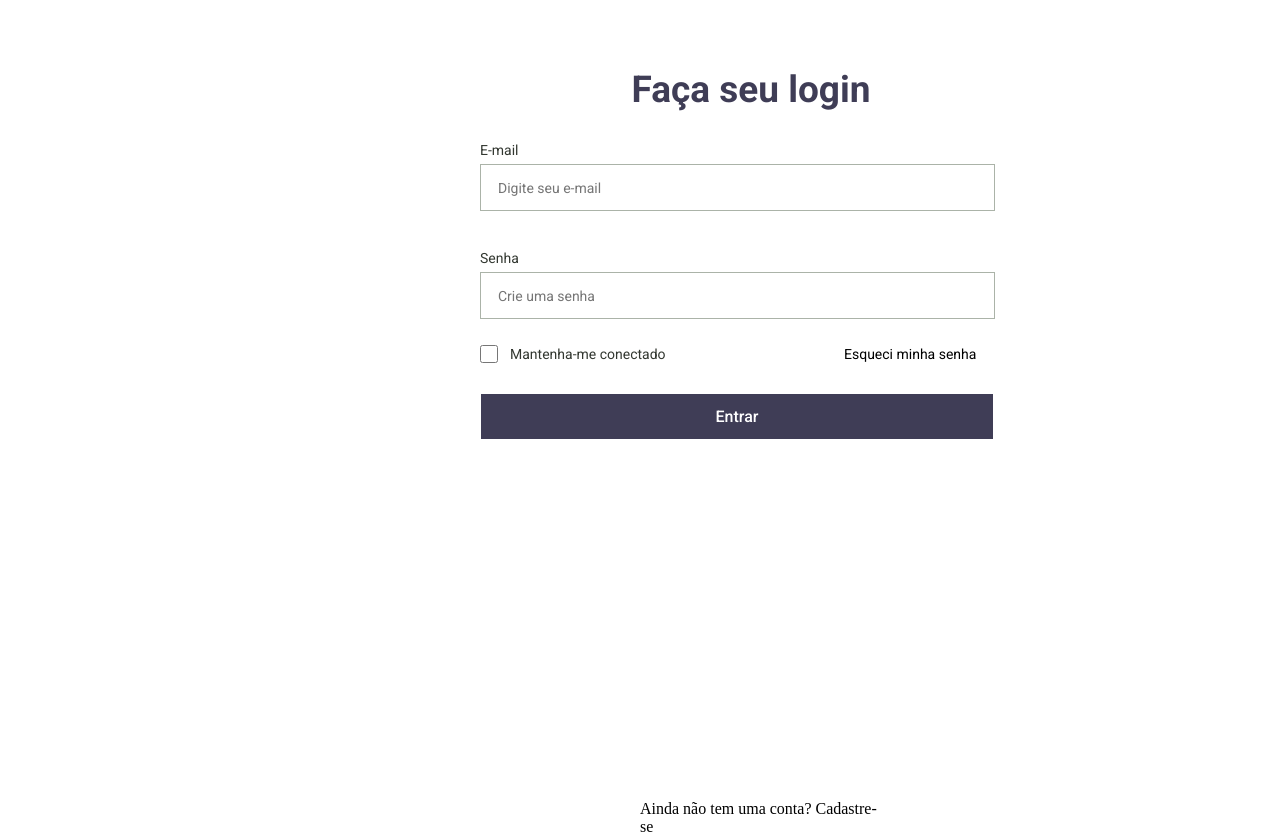
Repository: RenatoCCS/formularios
Page: login.html
The author's editor kept a copy of each file at every save. The page is drawn from the files as they stood at one save, then again after the next save.
The browser window is 1280 px wide. The pictures show the whole page.

Above is the page before, as saved 2023-03-27 15:13:29.

### login.html
<!DOCTYPE html>
<html lang="pt-br">
  <head>
    <meta charset="UTF-8" />
    <meta http-equiv="X-UA-Compatible" content="IE=edge" />
    <meta name="viewport" content="width=device-width, initial-scale=1.0" />
    <link rel="stylesheet" href="style.css" />
    <title>Faça seu login</title>
  </head>
  <body class="container">
    <form action="" class="form__Login">
      <div></div>
      <h1 class="form__Login__Titulo">Faça seu login</h1>
    </div>

    <div class="email__Login">
      <label class="email__Login__Titulo" for="email">E-mail</label>
      <br />
      <input
      class="email__Login__Campo"
        id="email"
        type="email"
        name="email"
        placeholder="Digite seu e-mail"
      />
    </div>
      <br /><br />

      <div class="senha__Login">
      <label class="senha__Login__Titulo"  for="password">Senha</label>
      <br />
      <input
      class="senha__Login__Campo"
        id="password"
        type="password"
        name="senha"
        placeholder="Crie uma senha"/>
    </div>
      <br /><br />

      <div class="conectado__Login">
      <input class="conectado__Login__Botao" type="checkbox" name="manter__conectado" id="conected" />
      <label class="conectado__Login__Texto" for="conected">Mantenha-me conectado</label>


      <label class="conectado__Login__Senha" for="conected">Esqueci minha senha</label><br /><br />
    </div>

    <div class="botao__Login">
      <button class="botao__Entrar__Login" type="submit">Entrar</button>
    </div>
      <br /><br />

      <div class="semConta__Login">
      <p class="semConta__Login____Frase">Ainda não tem uma conta? Cadastre-se</p>
    </div>

    </form>
  </body>
</html>

### style.css
@import url('https://fonts.googleapis.com/css2?family= Roboto :wght@400;500;700 & display=swap');

* {
  margin: 0;
  padding: 0;
}

:root {
  --primeira-cor: #3f3d56;
  --segunda-cor: #323730;
  --terceira-cor: #abb3a8;
  --quarta-cor: #ffffff;
  --quinta-cor: #3f3f40;
  --sexta-cor: #da2a41;

  --fonte-primaria: 'Roboto', sans-serif;
}

.container {
  display: flex;
  justify-content: center;
}

.form__Cadastro__Titulo {
  position: absolute;
  width: 302px;
  height: 43px;
  left: 569px;
  top: 68px;
  color: var(--primeira-cor);
  font-family: var(--fonte-primaria);
  font-style: normal;
  font-weight: 700;
  font-size: 17px; /*o indicado é 37px, mas se manter quebra a linha*/
  line-height: 43px;
  text-align: center;
}

.nome__Cadastro {
  position: absolute;
  width: 396px;
  height: 69px;
  top: 139px;
  left: 522px;
}

.nome__Cadastro__Nomecompleto {
  position: absolute;
  width: 100px;
  height: 24px;
  top: -6px;
  left: 0px;
  color: var(--segunda-cor);
  font-family: var(--fonte-primaria);
  font-style: normal;
  font-weight: 400;
  font-size: 14px;
  line-height: 24px;
}

.nome__Cadastro__Campo {
  position: absolute;
  width: 163px;
  height: 24px;
  top: 34px;
  left: 14px;
  color: var(--terceira-cor);
  font-family: var(--fonte-primaria);
  font-style: normal;
  font-weight: 400;
  font-size: 14px;
  line-height: 24px;
  padding: 12px 219px 11px 14px;
}

.nome__Cadastro__Campo {
  box-sizing: border-box;
  border: 1px solid;
  position: absolute;
  width: 396px;
  height: 47px;
  top: 22px;
  left: 0%;
  right: 0%;
  top: 31.88%;
  bottom: 0%;
  color: var(--terceira-cor);
  background-color: var(--quarta-cor);
}

.data__Cadastro {
  position: absolute;
  width: 170px;
  height: 74px;
  left: 522px;
  top: 232px;
}

.data__Cadastro__Nascimento {
  position: absolute;
  width: 127px;
  height: 18px;
  top: -2px;
  left: 0px;
  color: var(--quinta-cor);
  font-family: var(--fonte-primaria);
  font-style: normal;
  font-weight: 400;
  font-size: 14px;
  line-height: 24px;
  display: flex;
  align-items: center;
}

.data__Cadastro__Calendario {
  position: absolute;
  width: 83px;
  height: 24px;
  top: 12px;
  left: 14px;
  color: var(--terceira-cor);
  font-family: var(--fonte-primaria);
  font-style: normal;
  font-weight: 400;
  font-size: 14px;
  line-height: 24px;
  display: flex;
  align-items: center;
  padding: 12px 0px 11px 14px;
}

.data__Cadastro__Calendario {
  box-sizing: border-box;
  border: 1px solid;
  position: absolute;
  width: 170px;
  height: 47px;
  top: 22px;
  left: 0%;
  right: 0%;
  top: 31.88%;
  bottom: 0%;
  color: var(--terceira-cor);
  background-color: var(--quarta-cor);
}

.pais__Cadastro {
  position: absolute;
  width: 208px;
  height: 69px;
  top: 230px;
  left: 710px;
}

.pais__Cadastro__Pais {
  position: absolute;
  width: 34px;
  height: 15px;
  top: -2px;
  left: 0px;
  color: var(--segunda-cor);
  font-family: var(--fonte-primaria);
  font-style: normal;
  font-weight: 400;
  font-size: 14px;
  line-height: 24px;
}

.pais__Cadastro__Vermelho {
  position: absolute;
  width: 34px;
  height: 15px;
  top: -2px;
  left: 30px;
  color: var(--sexta-cor);
  font-family: var(--fonte-primaria);
  font-style: normal;
  font-weight: 400;
  font-size: 14px;
  line-height: 24px;
}

.pais__Cadastro__Campo {
  position: absolute;
  width: 66px;
  height: 24px;
  top: 34px;
  left: 14px;
  color: var(--terceira-cor);
  font-family: var(--fonte-primaria);
  font-style: normal;
  font-weight: 400;
  font-size: 14px;
  line-height: 24px;
  padding: 12px 11px 14px;
}

.pais__Cadastro__Campo {
  box-sizing: border-box;
  border: 1px solid;
  position: absolute;
  width: 208px;
  height: 47px;
  top: 24px;
  left: 0%;
  right: 0%;
  top: 31, 88%;
  bottom: 0%;
  color: var(--terceira-cor);
  background-color: var(--quarta-cor);
}

.pais__Cadastro__Campo option {
  position: absolute;
  color: var(--segunda-cor);
  font-family: var(--fonte-primaria);
  font-style: normal;
  font-weight: 400;
  font-size: 14px;
  line-height: 16px;
}

.pais__Cadastro__Seta {
  position: absolute;
  width: 12px;
  height: 6px;
  top: 45px;
  left: 193px;
}

.genero__Cadastro {
  position: absolute;
  width: 386px;
  height: 50px;
  top: 328px;
  left: 522px;
}

.genero__Cadastro__Titulo {
  position: absolute;
  width: 49px;
  height: 24px;
  top: -2px;
  left: 0px;
  color: var(--segunda-cor);
  font-family: var(--fonte-primaria);
  font-style: normal;
  font-weight: 400;
  font-size: 14px;
  line-height: 24px;
}

.genero__Cadastro__Botao1 {
  position: absolute;
  box-sizing: border-box;
  width: 18px;
  height: 18px;
  top: 32px;
  left: 0px;
}

.genero__Cadastro__Feminino {
  position: absolute;
  width: 58px;
  height: 16px;
  top: 32px;
  left: 24px;
  color: var(--segunda-cor);
  font-family: var(--fonte-primaria);
  font-style: normal;
  font-weight: 400;
  font-size: 14px;
  line-height: 16px;
}

.genero__Cadastro__Botao2 {
  position: absolute;
  box-sizing: border-box;
  width: 18px;
  height: 18px;
  top: 32px;
  left: 137px;
}

.genero__Cadastro__Masculino {
  position: absolute;
  width: 65px;
  height: 16px;
  top: 32px;
  left: 161px;
  color: var(--segunda-cor);
  font-family: var(--fonte-primaria);
  font-style: normal;
  font-weight: 400;
  font-size: 14px;
  line-height: 16px;
}

.genero__Cadastro__Botao3 {
  position: absolute;
  box-sizing: border-box;
  width: 18px;
  height: 18px;
  top: 32px;
  left: 282px;
}

.genero__Cadastro__Naodeclarar {
  position: absolute;
  width: 81px;
  height: 16px;
  top: 32px;
  left: 306px;
  color: var(--segunda-cor);
  font-family: var(--fonte-primaria);
  font-style: normal;
  font-weight: 400;
  font-size: 14px;
  line-height: 16px;
}

.email__Cadastro {
  position: absolute;
  width: 396px;
  height: 69px;
  top: 406px;
  left: 522px;
}

.email__Cadastro__Titulo {
  position: absolute;
  width: 40px;
  height: 24px;
  top: -4px;
  left: 0px;
  color: var(--segunda-cor);
  font-family: var(--fonte-primaria);
  font-style: normal;
  font-weight: 400;
  font-size: 14px;
  line-height: 24px;
}

.email__Cadastro__Campo {
  position: absolute;
  width: 104px;
  height: 24px;
  top: 34px;
  left: 14px;
  color: var(--terceira-cor);
  font-family: var(--fonte-primaria);
  font-style: normal;
  font-weight: 400;
  font-size: 14px;
  line-height: 24px;
  padding: 12px 270px 11px 14px;
}

.email__Cadastro__Campo {
  box-sizing: border-box;
  border: 1px solid;
  position: absolute;
  width: 396px;
  height: 47px;
  top: 22px;
  left: 0%;
  right: 0%;
  top: 31.88%;
  bottom: 0%;
  color: var(--terceira-cor);
  background-color: var(--quarta-cor);
}

.senha__Cadastro {
  position: absolute;
  width: 396px;
  height: 75px;
  top: 497px;
  left: 522px;
}

.senha__Cadastro__Titulo {
  position: absolute;
  width: 39px;
  height: 24px;
  top: -4px;
  left: 0px;
  color: var(--segunda-cor);
  font-family: var(--fonte-primaria);
  font-style: normal;
  font-weight: 400;
  font-size: 14px;
  line-height: 24px;
}

.senha__Cadastro__Campo {
  position: absolute;
  width: 97px;
  height: 24px;
  top: 34px;
  left: 14px;
  color: var(--terceira-cor);
  font-family: var(--fonte-primaria);
  font-style: normal;
  font-weight: 400;
  font-size: 14px;
  line-height: 24px;
  padding: 12px 278px 11px 14px;
}

.senha__Cadastro__Campo {
  box-sizing: border-box;
  border: 1px solid;
  position: absolute;
  width: 396px;
  height: 47px;
  top: 22px;
  left: 0%;
  right: 0%;
  top: 31.88%;
  bottom: 0%;
  color: var(--terceira-cor);
  background-color: var(--quarta-cor);
}

.confirma__Cadastro {
  position: absolute;
  width: 396px;
  height: 75px;
  top: 594px;
  left: 522px;
}

.confirma__Cadastro__Titulo {
  position: absolute;
  width: 126px;
  height: 24px;
  top: -4px;
  left: 0px;
  color: var(--segunda-cor);
  font-family: var(--fonte-primaria);
  font-style: normal;
  font-weight: 400;
  font-size: 14px;
  line-height: 24px;
}

.confirma__Cadastro__Campo {
  position: absolute;
  width: 104px;
  height: 24px;
  top: 34px;
  left: 14px;
  color: var(--terceira-cor);
  font-family: var(--fonte-primaria);
  font-style: normal;
  font-weight: 400;
  font-size: 14px;
  line-height: 24px;
  padding: 12px 276px 11px 14px;
}

.confirma__Cadastro__Campo {
  box-sizing: border-box;
  border: 1px solid;
  position: absolute;
  width: 396px;
  height: 47px;
  top: 22px;
  left: 0%;
  right: 0%;
  top: 31.88%;
  bottom: 0%;
  color: var(--terceira-cor);
  background-color: var(--quarta-cor);
}

.termo__Cadastro {
  position: absolute;
  width: 396px;
  height: 34px;
  top: 697px;
  left: 522px;
}

.termo__Cadastro__Botao {
  position: absolute;
  width: 18px;
  height: 18px;
  top: 0px;
  left: 0px;
  color: var(--segunda-cor);
  font-family: var(--fonte-primaria);
  font-style: normal;
  font-weight: 400;
  font-size: 14px;
  line-height: 24px;
}

.termo__Cadastro__Texto {
  position: absolute;
  width: 368px;
  height: 34px;
  top: -3px;
  left: 30px;
  color: var(--segunda-cor);
  font-family: var(--fonte-primaria);
  font-style: normal;
  font-weight: 400;
  font-size: 14px;
  line-height: 130%;
}

.botao__Cadastro {
  position: absolute;
  width: 396px;
  height: 47px;
  top: 759px;
  left: 522px;
}

.botao__Cadastro__Cadastrar {
  box-sizing: border-box;
  border: 1px solid;
  border-radius: 5px;
  position: absolute;
  width: 396px;
  height: 47px;
  top: 0px;
  background-color: var(--primeira-cor);
}

.botao__Cadastro__Cadastrar {
  color: var(--quarta-cor);
  font-family: var(--fonte-primaria);
  font-style: normal;
  font-weight: 500;
  font-size: 16px;
  line-height: 19px;
  text-align: center;
}

.pergunta__Cadastro {
  position: absolute;
  width: 300px;
  height: 16px;
  top: 834px;
  left: 572px;
  color: var(--segunda-cor);
  font-family: var(--fonte-primaria);
  font-style: normal;
  font-weight: 400;
  font-size: 14px;
  line-height: 16px;
}

/*Inicio da parte Login*/

.form__Login__Titulo {
  position: absolute;
  width: 300px; /*O indicado era 240*/
  height: 43px;
  top: 68px;
  left: 601px;
  color: var(--primeira-cor);
  font-family: var(--fonte-primaria);
  font-style: normal;
  font-weight: 700;
  font-size: 37px;
  line-height: 43px;
  text-align: center;
}

.email__Login {
  position: absolute;
  width: 515px;
  height: 69px;
  top: 142px;
  left: 480px;
}

.email__Login__Titulo {
  position: absolute;
  width: 478px;
  height: 16px;
  top: 0px;
  left: 0px;
  color: var(--segunda-cor);
  font-family: var(--fonte-primaria);
  font-style: normal;
  font-weight: 400;
  font-size: 14px;
  line-height: 16px;
}

.email__Login__Campo {
  position: absolute;
  width: 104px;
  height: 16px;
  top: 38px;
  left: 17px;
  color: var(--terceira-cor);
  font-family: var(--fonte-primaria);
  font-style: normal;
  font-weight: 400;
  font-size: 14px;
  line-height: 16px;
  padding: 16px 390px 15px 17px;
}

.email__Login__Campo {
  box-sizing: border-box;
  border: 1px solid;
  position: absolute;
  width: 515px;
  height: 47px;
  top: 22px;
  left: 0%;
  right: 0%;
  top: 31.88%;
  bottom: 0%;
  color: var(--terceira-cor);
  background-color: var(--quarta-cor);
}

.senha__Login {
  position: absolute;
  width: 515px;
  height: 69px;
  top: 250px;
  left: 480px;
}

.senha__Login__Titulo {
  position: absolute;
  width: 39px;
  height: 16px;
  top: 0px;
  left: 0px;
  color: var(--segunda-cor);
  font-family: var(--fonte-primaria);
  font-style: normal;
  font-weight: 400;
  font-size: 14px;
  line-height: 16px;
}

.senha__Login__Campo {
  position: absolute;
  width: 97px;
  height: 16px;
  top: 288px;
  left: 480px;
  color: var(--terceira-cor);
  font-family: var(--fonte-primaria);
  font-style: normal;
  font-weight: 400;
  font-size: 14px;
  line-height: 16px;
  padding: 16px 390px 15px 17px;
}

.senha__Login__Campo {
  box-sizing: border-box;
  border: 1px solid;
  position: absolute;
  width: 515px;
  height: 47px;
  top: 22px;
  left: 0%;
  right: 0%;
  top: 31.88%;
  bottom: 0%;
  color: var(--terceira-cor);
  background-color: var(--quarta-cor);
}

.conectado__Login__Botao {
  position: absolute;
  width: 18px;
  height: 18px;
  top: 345px;
  left: 480px;
}

.conectado__Login__Texto {
  position: absolute;
  width: 165px;
  height: 16px;
  top: 346px;
  left: 510px;
  color: var(--segunda-cor);
  font-family: var(--fonte-primaria);
  font-style: normal;
  font-weight: 400;
  font-size: 14px;
  line-height: 16px;
}

.conectado__Login__Senha {
  position: absolute;
  width: 150px;
  height: 16px;
  top: 346px;
  left: 844px;
  color: var();
  font-family: var(--fonte-primaria);
  font-style: normal;
  font-weight: 400;
  font-size: 14px;
  line-height: 16px;
}

.botao__Login {
  position: absolute;
  width: 514px;
  height: 47px;
  top: 393px;
  left: 480px;
}

.botao__Entrar__Login {
  position: absolute;
  width: 43px;
  height: 19px;
  top: 14px;
  left: 236px;
  color: var(--quarta-cor);
  font-family: var(--fonte-primaria);
  font-style: normal;
  font-weight: 500;
  font-size: 16px;
  line-height: 19px;
}

.botao__Entrar__Login {
  box-sizing: border-box;
  border: 1px solid;
  position: absolute;
  width: 514px;
  height: 47px;
  top: 22px;
  left: 0%;
  right: 0%;
  top: 0%;
  bottom: 0%;
  color: var(--quarta-cor);
  background-color: var(--primeira-cor);
}

.semConta__Login____Frase {
  position: absolute;
  width: 249px;
  height: 16px;
  top: 800px;
}

After the next save:
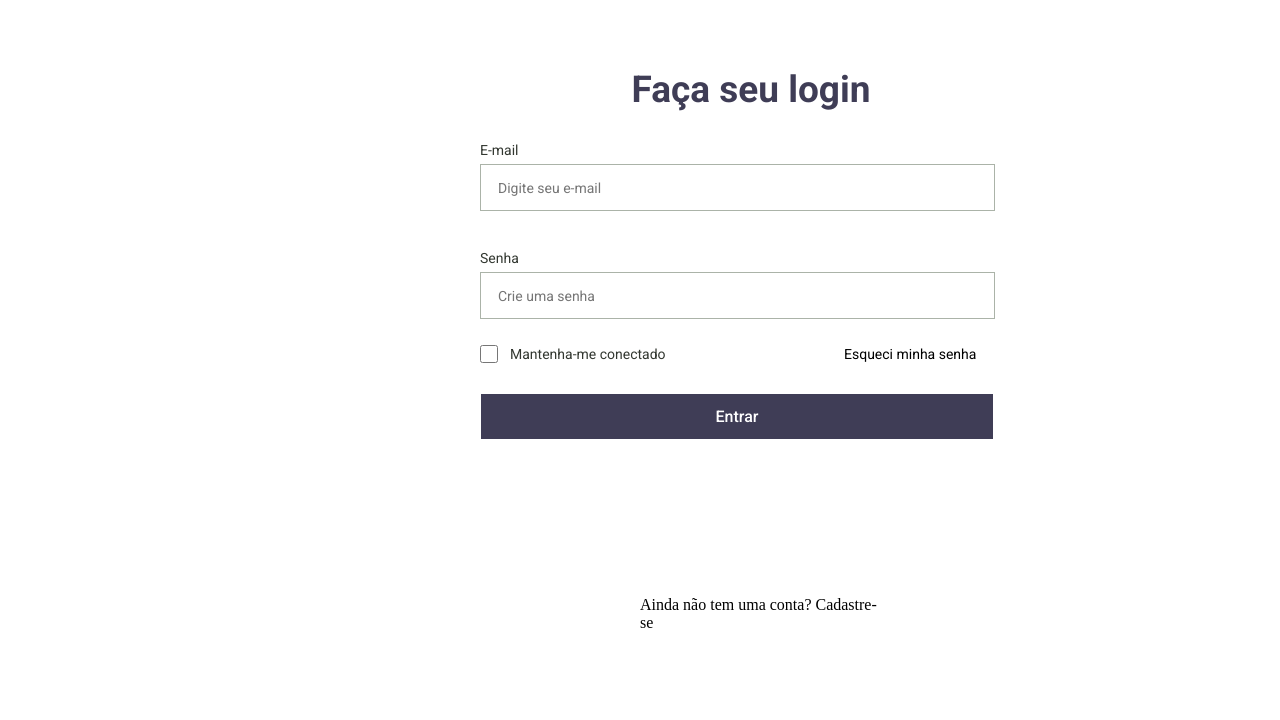
Saved 13 s later.
--- a/style.css
+++ b/style.css
@@ -752,5 +752,5 @@
   position: absolute;
   width: 249px;
   height: 16px;
-  top: 800px;
-}
+  top: 596px;
+}
